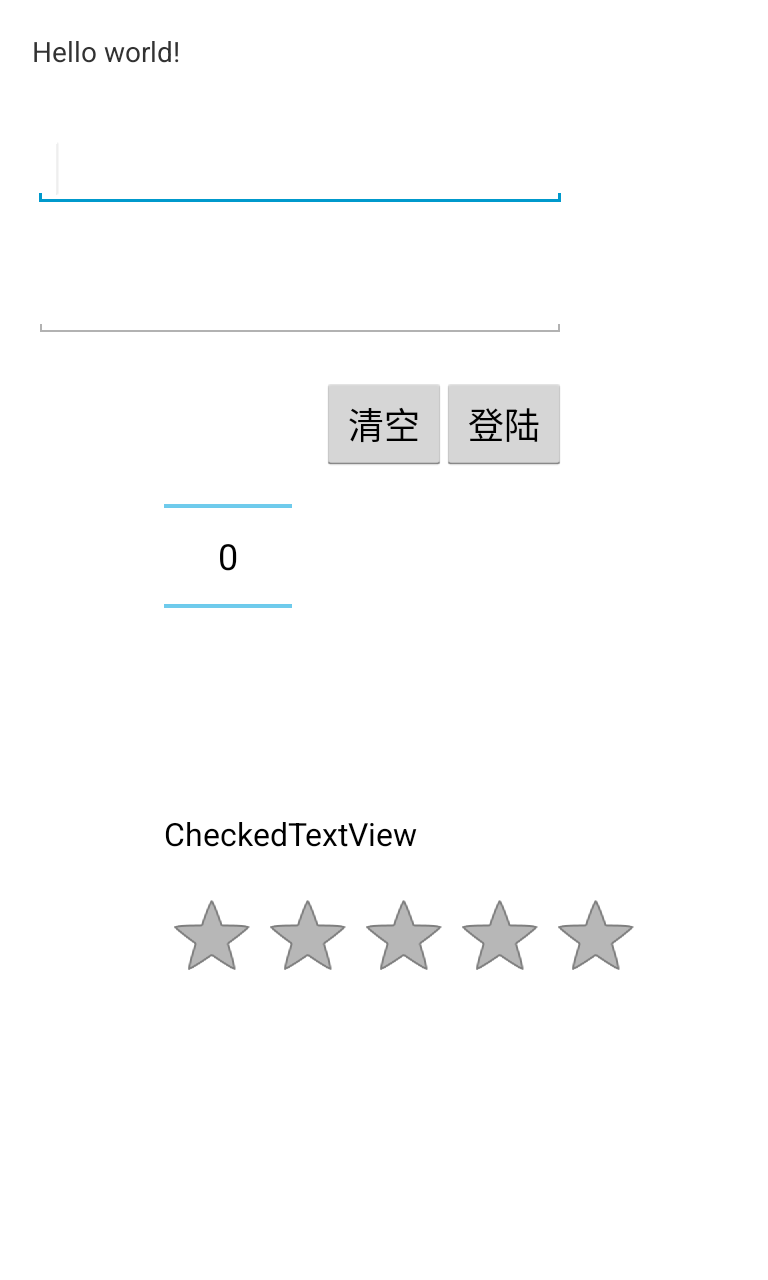
Repository: moetmd/learning-Android
Layout: MyApp/res/layout/activity_main.xml
These files come from the project's save history. The layout is drawn as it stood at one moment and after the next save; the edit follows.
It is drawn on a 768 x 1280 px phone screen (xhdpi) without system bars, with theme AppTheme; the app's code is not run. The app's manifest (not shown) leaves right-to-left support off. So textAlignment, textDirection and layoutDirection are ignored, and left and right values win over start and end ones.

Above is the layout before, as saved 2014-11-17 13:53:21.

### MyApp/res/layout/activity_main.xml
<RelativeLayout xmlns:android="http://schemas.android.com/apk/res/android"
    xmlns:tools="http://schemas.android.com/tools"
    android:layout_width="match_parent"
    android:layout_height="match_parent"
    android:paddingBottom="@dimen/activity_vertical_margin"
    android:paddingLeft="@dimen/activity_horizontal_margin"
    android:paddingRight="@dimen/activity_horizontal_margin"
    android:paddingTop="@dimen/activity_vertical_margin"
    tools:context="org.niit.myapp.MainActivity$PlaceholderFragment" >

    <TextView
        android:id="@+id/textView1"
        android:layout_width="wrap_content"
        android:layout_height="wrap_content"
        android:text="@string/hello_world"
        android:textAlignment="center"
         />

    <LinearLayout
        android:id="@+id/linearLayout1"
        android:layout_width="wrap_content"
        android:layout_height="wrap_content"
        android:layout_alignLeft="@+id/textView1"
        android:layout_below="@+id/textView1"
        android:orientation="vertical" >

     <EditText
        android:id="@+id/editText1"
        android:layout_width="268dp"
        android:layout_height="wrap_content"

        android:layout_marginTop="30dp"
        android:ems="10" />

     <EditText
        android:id="@+id/editText2"
        android:layout_width="match_parent"
        android:layout_height="wrap_content"
        android:layout_marginTop="26dp"
        android:ems="10"
        android:inputType="textPassword" />

        <requestFocus />

    </LinearLayout>

    <Button
        android:id="@+id/button1"
        android:layout_width="wrap_content"
        android:layout_height="wrap_content"
        android:layout_below="@+id/linearLayout1"
        android:layout_centerHorizontal="true"
        android:layout_marginTop="18dp"
        android:text="@string/reset" />

    <Button
        android:id="@+id/button2"
        android:layout_width="wrap_content"
        android:layout_height="wrap_content"
        android:layout_alignBaseline="@+id/button1"
        android:layout_alignBottom="@+id/button1"
        android:layout_alignRight="@+id/linearLayout1"
        android:text="@string/login" />

    <NumberPicker
        android:id="@+id/numberPicker1"
        android:layout_width="wrap_content"
        android:layout_height="wrap_content"
        android:layout_alignTop="@+id/button1"
        android:layout_marginRight="14dp"
        android:layout_toLeftOf="@+id/button1" />

    <CheckedTextView
        android:id="@+id/cTextView1"
        android:layout_width="wrap_content"
        android:layout_height="wrap_content"
        android:layout_alignLeft="@+id/numberPicker1"
        android:layout_below="@+id/numberPicker1"
        android:layout_marginTop="38dp"
        android:text="CheckedTextView" />

    <RatingBar
        android:id="@+id/ratingBar1"
        android:layout_width="wrap_content"
        android:layout_height="wrap_content"
        android:layout_alignLeft="@+id/cTextView1"
        android:layout_below="@+id/cTextView1"
        android:layout_marginTop="16dp" />

</RelativeLayout>

### MyApp/res/values/strings.xml
<?xml version="1.0" encoding="utf-8"?>
<resources>

    <string name="app_name">Eclipse</string>
    <string name="hello_world">Hello world!</string>
    <string name="action_settings">Settings</string>
    <string name="new_project">new project</string>
    <string name="login">登陆</string>
	<string name="reset">清空</string>
</resources>

Loaded but not shown: MyApp/res/values/styles.xml (common file); MyApp/res/values-v11/styles.xml (common file); MyApp/res/values-v14/styles.xml (common file); MyApp/res/values/dimens.xml (common file); MyApp/res/values-w820dp/dimens.xml (common file)

After the next save:
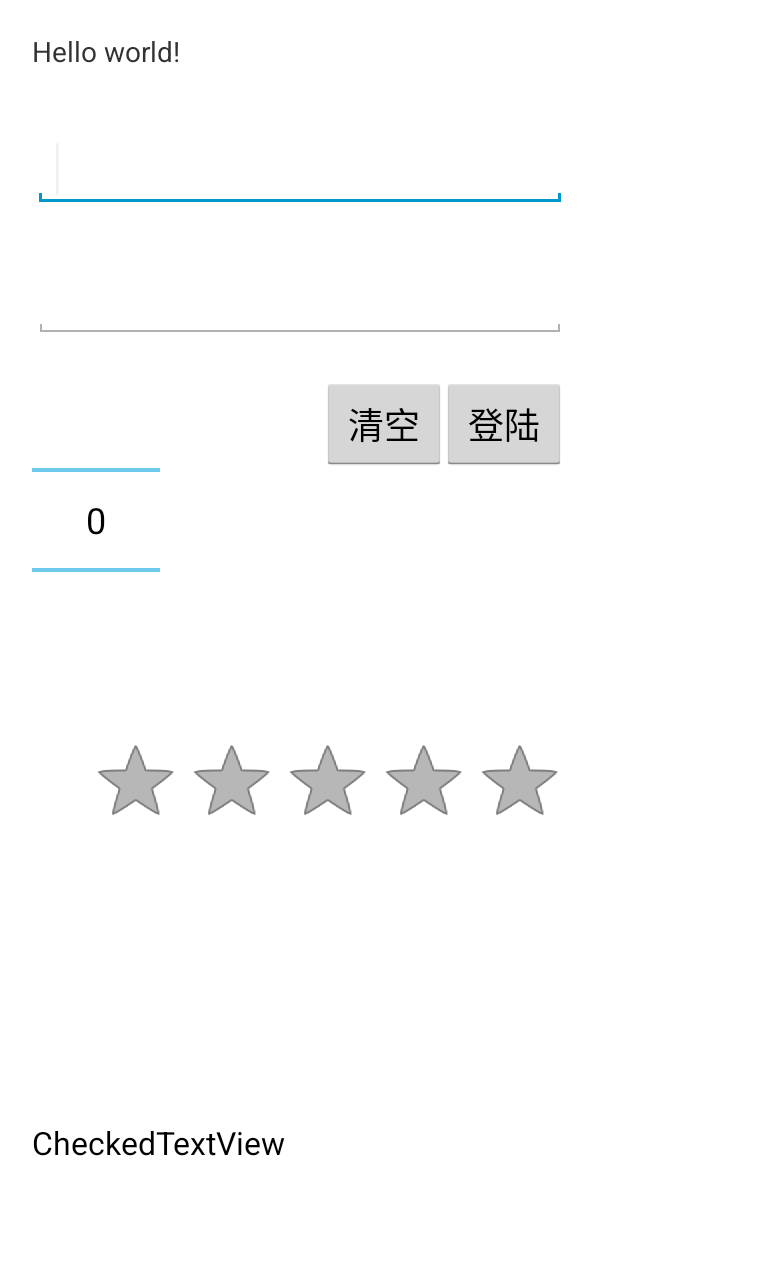
Saved 74 s later.
--- a/MyApp/res/layout/activity_main.xml
+++ b/MyApp/res/layout/activity_main.xml
@@ -66,25 +66,24 @@
         android:id="@+id/numberPicker1"
         android:layout_width="wrap_content"
         android:layout_height="wrap_content"
-        android:layout_alignTop="@+id/button1"
-        android:layout_marginRight="14dp"
-        android:layout_toLeftOf="@+id/button1" />
+        android:layout_alignLeft="@+id/linearLayout1"
+        android:layout_below="@+id/linearLayout1" />
 
     <CheckedTextView
         android:id="@+id/cTextView1"
         android:layout_width="wrap_content"
         android:layout_height="wrap_content"
         android:layout_alignLeft="@+id/numberPicker1"
-        android:layout_below="@+id/numberPicker1"
-        android:layout_marginTop="38dp"
+        android:layout_alignParentBottom="true"
+        android:layout_marginBottom="42dp"
         android:text="CheckedTextView" />
 
     <RatingBar
         android:id="@+id/ratingBar1"
         android:layout_width="wrap_content"
         android:layout_height="wrap_content"
-        android:layout_alignLeft="@+id/cTextView1"
-        android:layout_below="@+id/cTextView1"
+        android:layout_alignRight="@+id/button2"
+        android:layout_below="@+id/numberPicker1"
         android:layout_marginTop="16dp" />
 
 </RelativeLayout>
